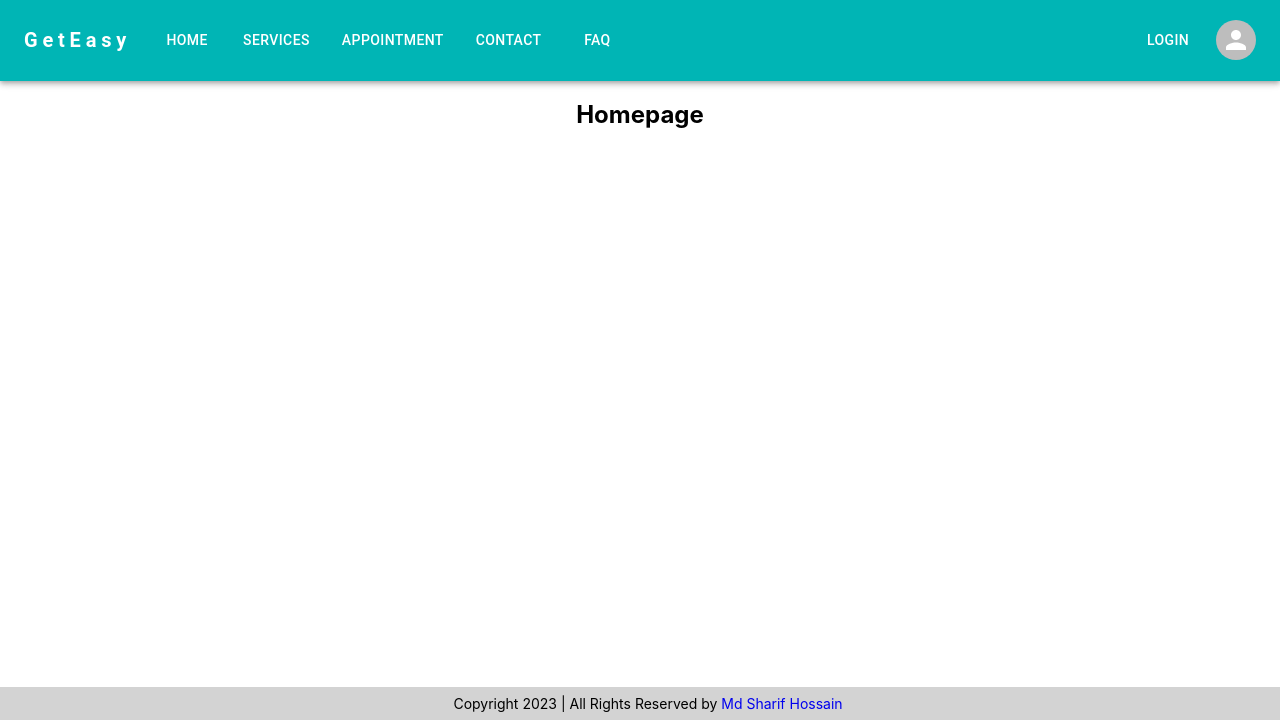
Repository: Sharif-00112/tibiyun-test-frontend
Page: /
An editor plug-in stored every save of this project. The page is shown before and after the next save, followed by the edit.
The browser window is 1280 px wide. The pictures show the whole page.
The project was rebuilt for these pictures with package versions that can differ from the ones it lists, and the page was loaded fresh each time. Also part of the build but not shown: src/Pages/NotFound/NotFound.js, src/Pages/Login/Login/Login.js, src/Pages/Login/Register/Register.js, src/Pages/Dashboard/Dashboard/Dashboard.js, src/Pages/Login/PrivateRoute/PrivateRoute.js. Imported but missing from the stored project, and not drawn on this page: src/hooks/useTitle.

Above is the page before, as saved 2023-08-22 10:36:12.

### src/App.js
// import logo from './logo.svg';
import './App.css';
import { BrowserRouter as Router, Route, Routes} from 'react-router-dom';
import Home from './Pages/Home/Home/Home';
import NotFound from './Pages/NotFound/NotFound';
import Login from './Pages/Login/Login/Login';
import Register from './Pages/Login/Register/Register';
import AuthProvider from './contexts/AuthProvider/AuthProvider';
import Dashboard from './Pages/Dashboard/Dashboard/Dashboard';
import PrivateRoute from './Pages/Login/PrivateRoute/PrivateRoute';
import Navbar from './Pages/Shared/Header/Navbar/Navbar';
import Footer from './Pages/Shared/Footer/Footer';


function App() {
  return (
    <div className="App">
      <AuthProvider>
        <Router>
          <Navbar></Navbar>
          <Routes>
            <Route exact path = '/' element={<Home/>}/>
            <Route exact path = '/home' element={<Home/>}/>
            <Route exact path='/login' element={<Login/>} />
            <Route exact path='/register' element={<Register/>} />

            <Route exact path='/dashboard' element={
              <PrivateRoute>
                <Dashboard></Dashboard>
              </PrivateRoute>
            } />

            <Route path = '*' element={<NotFound/>}/>
          </Routes>
          <Footer></Footer>
        </Router>
      </AuthProvider>
    </div>
  );
}

export default App;

### src/Pages/Home/Home/Home.js
import React from 'react';

const Home = () => {
    return (
        <div>
            <h2>Homepage</h2>
        </div>
    );
};

export default Home;

### src/contexts/AuthProvider/AuthProvider.js
import React from 'react';
import { createContext } from 'react';
import useFirebase from '../../hooks/useFirebase';

//step-1-context
export const AuthContext = createContext();

const AuthProvider = (props) => {
    //step-3-context
    const {children} = props;

    //step-5-context
    const allContexts = useFirebase();

    return (
        //step-2-context
        <AuthContext.Provider value={allContexts}>
            {children}
        </AuthContext.Provider>
    );
};

export default AuthProvider;

### src/Pages/Shared/Header/Navbar/Navbar.js
import * as React from 'react';
import AppBar from '@mui/material/AppBar';
import Box from '@mui/material/Box';
import Toolbar from '@mui/material/Toolbar';
import IconButton from '@mui/material/IconButton';
import Typography from '@mui/material/Typography';
import Menu from '@mui/material/Menu';
import MenuIcon from '@mui/icons-material/Menu';
import Container from '@mui/material/Container';
import Avatar from '@mui/material/Avatar';
import Button from '@mui/material/Button';
import Tooltip from '@mui/material/Tooltip';
import MenuItem from '@mui/material/MenuItem';
// import AdbIcon from '@mui/icons-material/Adb';
import { Link } from 'react-router-dom';
// import useAuth from '../../../hooks/useAuth';
import { NavLink } from 'react-router-dom';
import { HashLink } from 'react-router-hash-link';
import useAuth from '../../../../hooks/useAuth';

const pages = [
  <HashLink
      style={{ textDecoration:'none', color: 'inherit' }}
      to = '/#home'>
      <Button sx={{mx:0}} color="inherit">Home</Button>
  </HashLink>,
  <HashLink
      style={{ textDecoration:'none', color: 'inherit' }}
      to = '/home#services'>
      <Button sx={{mx:0}} color="inherit">Services</Button>
  </HashLink>,
  <HashLink
      style={{ textDecoration:'none', color: 'inherit' }}
      to = '/home#appointment'>
      <Button sx={{mx:0}} color="inherit">Appointment</Button>
  </HashLink>,
  <HashLink
      style={{ textDecoration:'none', color: 'inherit' }}
      to = '/home#contact'>
      <Button sx={{mx:0}} color="inherit">Contact</Button>
  </HashLink>,
  <HashLink
    style={{ textDecoration:'none', color: 'inherit' }}
    to = '/home#FAQ'>
    <Button sx={{mx:0}} color="inherit">FAQ</Button>
  </HashLink>,
  // <Link
  //     style={{ textDecoration:'none', color: 'inherit' }}
  //     to = '/about'>
  //     <Button sx={{mx:0}} color="inherit">About</Button>
  // </Link>
  ];

const settings = [
  <Link
      style={{ textDecoration:'none', color: 'inherit' }}
      to = '/profile'>
      <Button sx={{mx:0}} color="inherit">Profile</Button>
  </Link>,
  <Link
      style={{ textDecoration:'none', color: 'inherit' }}
      to = '/dashboard'>
      <Button sx={{mx:0}} color="inherit">Dashboard</Button>
  </Link>,
  <Link
      style={{ textDecoration:'none', color: 'inherit' }}
      to = '/settings'>
      <Button sx={{mx:0}} color="inherit">Settings</Button>
  </Link>
 ];


const Navbar = () => {
    const { user, logout } = useAuth();

    const [anchorElNav, setAnchorElNav] = React.useState(null);
    const [anchorElUser, setAnchorElUser] = React.useState(null);

    const handleOpenNavMenu = (event) => {
      setAnchorElNav(event.currentTarget);
    };
    const handleOpenUserMenu = (event) => {
      setAnchorElUser(event.currentTarget);
    };

    const handleCloseNavMenu = () => {
      setAnchorElNav(null);
    };

    const handleCloseUserMenu = () => {
      setAnchorElUser(null);
    };

    return (
      <AppBar position="static" sx={{ backgroundColor: '#00B5B5' }}>
        <Container maxWidth="xl">
          <Toolbar disableGutters>
            {/* <AdbIcon sx={{ display: { xs: 'none', md: 'flex' }, mr: 1 }} /> */}
            <Typography
              variant="h6"
              noWrap
              component="a"
              href="/"
              sx={{
                mr: 2,
                display: { xs: 'none', md: 'flex' },
                // fontFamily: 'monospace',
                fontWeight: 700,
                letterSpacing: '.3rem',
                color: 'inherit',
                textDecoration: 'none',
              }}
            >
              GetEasy
            </Typography>

            <Box sx={{ flexGrow: 1, display: { xs: 'flex', md: 'none' } }}>
              <IconButton
                size="large"
                aria-label="account of current user"
                aria-controls="menu-appbar"
                aria-haspopup="true"
                onClick={handleOpenNavMenu}
                color="inherit"
              >
                <MenuIcon />
              </IconButton>
              <Menu
                id="menu-appbar"
                anchorEl={anchorElNav}
                anchorOrigin={{
                  vertical: 'bottom',
                  horizontal: 'left',
                }}
                keepMounted
                transformOrigin={{
                  vertical: 'top',
                  horizontal: 'left',
                }}
                open={Boolean(anchorElNav)}
                onClose={handleCloseNavMenu}
                sx={{
                  display: { xs: 'block', md: 'none' },
                }}
              >
                {pages.map((page) => (
                  <MenuItem key={page} onClick={handleCloseNavMenu}>
                    <Typography textAlign="center">{page}</Typography>
                  </MenuItem>
                ))}
              </Menu>
            </Box>
            {/* <AdbIcon sx={{ display: { xs: 'flex', md: 'none' }, mr: 1 }} /> */}
            <Typography
              variant="h5"
              noWrap
              component="a"
              href=""
              sx={{
                mr: 2,
                display: { xs: 'flex', md: 'none' },
                flexGrow: 1,
                // fontFamily: 'monospace',
                fontWeight: 700,
                letterSpacing: '.3rem',
                color: 'inherit',
                textDecoration: 'none',
              }}
            >
              GetEasy
            </Typography>
            <Box sx={{ flexGrow: 1, display: { xs: 'none', md: 'flex' } }}>
              {pages.map((page) => (
                <Button
                  key={page}
                  onClick={handleCloseNavMenu}
                  sx={{ my: 2, color: 'white', display: 'block' }}
                >
                  {page}
                </Button>
              ))}
            </Box>

            {/* login-logout toggle */}
            {
              user?.email ?
              <NavLink
                  style={{ textDecoration:'none', color:'white' }}
                  to = '/login'>
                  <Button sx={{ mx: 0 }} onClick={logout} color="inherit">Logout</Button>
                  <NavLink
                    style={{ textDecoration:'none', color:'white' }}
                    to = '/dashboard'>
                    <Button sx={{ mx:1 }} color="inherit">Dashboard</Button>
                  </NavLink>
              </NavLink>
              :
              <NavLink
                  style={{ textDecoration:'none', color:'white' }}
                  to = '/login'>
                  <Button sx={{ mx:2 }} color="inherit">Login</Button>
              </NavLink>
            }

            <Box sx={{ flexGrow: 0 }}>
              <Tooltip title="Open settings">
                <IconButton onClick={handleOpenUserMenu} sx={{ p: 0 }}>
                  <Avatar alt={user.email} src={user.photoURL} />
                </IconButton>
              </Tooltip>
              <Menu
                sx={{ mt: '45px' }}
                id="menu-appbar"
                anchorEl={anchorElUser}
                anchorOrigin={{
                  vertical: 'top',
                  horizontal: 'right',
                }}
                keepMounted
                transformOrigin={{
                  vertical: 'top',
                  horizontal: 'right',
                }}
                open={Boolean(anchorElUser)}
                onClose={handleCloseUserMenu}
              >
                {settings.map((setting) => (
                  <MenuItem key={setting} onClick={handleCloseUserMenu}>
                    <Typography textAlign="center">{setting}</Typography>
                  </MenuItem>
                ))}
              </Menu>
            </Box>
          </Toolbar>
        </Container>
      </AppBar>
    );
};

export default Navbar;

### src/Pages/Shared/Footer/Footer.js
import { Box, Typography } from '@mui/material';
import React from 'react';

const Footer = () => {
    return (
        <Box
            sx={{
                backgroundColor: 'lightgray',
                position: 'fixed',
                bottom: 0,
                left: 0,
                width: '100%',
                padding: '8px',
                marginTop: '15px'
            }}
        >
            <Typography sx={{ my: 0, mt: 0, fontSize: 14, fontWeight: 400 }} variant="" component="div">
                Copyright 2023 | All Rights Reserved by <a style={{textDecoration: 'none'}} href="http://www.sharif-hossain.com">Md Sharif Hossain</a>
            </Typography>
        </Box>
    );
};

export default Footer;

### src/hooks/useAuth.js
//step-6-context

import { useContext } from "react"
import { AuthContext } from "../../src/contexts/AuthProvider/AuthProvider"

const useAuth = () =>{
    return useContext(AuthContext);
}

export default useAuth;

### src/hooks/useFirebase.js
import { useState } from "react";
import initializeAuthentication from "../Pages/Login/Firebase/firebase.initialize";
import { getAuth, signInWithPopup, GoogleAuthProvider, onAuthStateChanged, signOut, FacebookAuthProvider, createUserWithEmailAndPassword, signInWithEmailAndPassword, sendPasswordResetEmail, updatePassword, sendEmailVerification, updateProfile, getIdToken } from "firebase/auth";
import { useEffect } from "react";

initializeAuthentication();

const useFirebase = () =>{
    const [user, setUser] = useState({});
    const [error, setError] = useState('');
    const [name, setName] = useState('');
    const [email, setEmail] = useState('');
    const [password, setPassword] = useState('');
    const [isLoading, setIsLoading] = useState(true);
    // const [admin, setAdmin] = useState(false);
    // const [superAdmin, setSuperAdmin] = useState(false);
    const [token, setToken] = useState('');

    const googleProvider = new GoogleAuthProvider();
    // const gitProvider = new GithubAuthProvider();
    const facebookProvider = new FacebookAuthProvider();
    const auth = getAuth();

    const signInUsingGoogle = (location, navigate) =>{
      setIsLoading(true);
      signInWithPopup(auth, googleProvider)
      .then((result) => {
          // This gives you a Google Access Token. You can use it to access the Google API.
          // const credential = GoogleAuthProvider.credentialFromResult(result);
          // const token = credential.accessToken;
          // The signed-in user info.
          setUser(result.user);
          // save user to the database
        //   saveUserToDB(result.user.email, result.user.displayName, 'PUT');
          const destination = location?.state?.from || '/profile';
          navigate(destination);
      }).catch((error) => {
          // Handle Errors here.
          setError(error.code);
          setError(error.message);
          // The email of the user's account used.
          setError(error.customData.email);
          // The AuthCredential type that was used.
          setError(GoogleAuthProvider.credentialFromError(error));
      }).finally(() =>{
        setIsLoading(false);
      });
    };

    const signInUsingFacebook = () =>{
      setIsLoading(true);
      signInWithPopup(auth, facebookProvider)
      .then((result) => {
        // The signed-in user info.
        setUser(result.user);
        // save user to the database
        // saveUserToDB(result.user.email, result.user.displayName, 'PUT');

        // This gives you a Facebook Access Token. You can use it to access the Facebook API.
        // const credential = FacebookAuthProvider.credentialFromResult(result);
        // const accessToken = credential.accessToken;
      })
      .catch((error) => {
        // Handle Errors here.
        setError(error.code);
        setError(error.message);
        // The email of the user's account used.
        setError(error.customData.email);
        // The AuthCredential type that was used.
        setError(FacebookAuthProvider.credentialFromError(error));
      }).finally(() =>{
        setIsLoading(false);
      });
    };

    const customLogin = (email, password, location, navigate) =>{
      setIsLoading(true);
      signInWithEmailAndPassword(auth, email, password)
      .then((userCredential) => {
        // Signed in
        const destination = location?.state?.from || '/';
        navigate(destination);
        setUser(userCredential.user);
        setError('');
      })
      .catch((error) => {
        setError(error.code);
        setError(error.message);
      })
      .finally(() => setIsLoading(false));
    };

    const customRegister = (email, password, navigate, name) =>{
      setIsLoading(true);
      createUserWithEmailAndPassword(auth, email, password)
      .then((userCredential) => {
        // Signed in
        // updating name in firebase
        updateProfile(auth.currentUser, {
          displayName: name
        }).then(() => {
          // Profile updated!
        }).catch((error) => {
          setError(error.code);
          setError(error.message);
        });
        // const user = userCredential.user;
        // console.log(user);
        setUser(userCredential.user);
        // save user to the database
        // saveUserToDB(userCredential.user.email, userCredential.user.displayName, 'POST')
        // clear error message
        setError('');
        alert("Registration successful. Please login now");
        logout();
        navigate('/login')
      })
      .catch((error) => {
        setError(error.code);
        setError(error.message);
      })
      .finally(() => setIsLoading(false));
    };

    const handleLoginSubmitBtn = e =>{
      e.preventDefault();
      // console.log(email, password);
      customLogin(email, password);
    }

    const handleRegisterSubmitBtn = e =>{
      e.preventDefault();
      // console.log(email, password);

      if(!/.{8,}/.test(password)){
        setError('Ensure password is of minimum length 8');
        return;
      }
      // if(!/(?=.*[A-Z])/.test(password)){
      //   setError('Ensure password has minimum one uppercase letters');
      //   return;
      // }
      // if(!/(?=.*[!@#$%^&*()\-__+.])/.test(password)){
      //   setError('Ensure password has minimum one special case letter');
      //   return;
      // }
      // if(!/(?=.*[0-9])/.test(password)){
      //   setError('Ensure password has minimum one digits');
      //   return;
      // }
      // if(!/(?=.*[a-z])/.test(password)){
      //   setError('Ensure password has minimum one lowercase letters');
      //   return;
      // }
      customRegister(email, password);
    }

    const handleNameChange = e =>{
      setName(e.target.value);
    }

    const handleEmailChange = e =>{
      setEmail(e.target.value);
    }

    const handlePasswordChange = e =>{
      setPassword(e.target.value);
    }

    const handleForgotPassword = () =>{
      sendPasswordResetEmail(auth, email)
      .then(() => {
        // Password reset email sent!
      })
      .catch((error) => {
        setError(error.code);
        setError(error.message);
      });
    }

    const handleChangePassword = () =>{
      const user = auth.currentUser;
      const newPassword = password;
      updatePassword(user, newPassword).then(() => {
        // Update successful.
      }).catch((error) => {
        setError(error.code);
        setError(error.message);
      });
    }

    const setUserName = () =>{
      updateProfile(auth.currentUser, {
        displayName: name
      }).then(() => {
        // Profile updated!
      }).catch((error) => {
        setError(error.code);
        setError(error.message);
      });
    }

    const verifyEmail = () =>{
      sendEmailVerification(auth.currentUser)
      .then(() => {
        // Email verification sent!
      }).catch((error) => {
        setError(error.code);
        setError(error.message);
      });
    }

    //observe user login change
    useEffect(()=>{
        const unsubscribe = onAuthStateChanged(auth, (user) => {
            if (user) {
              // User is signed in
              setUser(user);

              //JWT (different style from Firebase documentation)
              getIdToken(user)
              // .then(idToken => console.log(idToken))
              // .then(idToken => localStorage.setItem('idToken', idToken))
              .then(idToken => setToken(idToken))

            } else {
              // User is signed out
              setUser({});
            }
            setIsLoading(false);
          });
          return () => unsubscribe;
    },[auth]);

    // check Admin
    // useEffect( () =>{
    //   fetch(`http://localhost:3010/users/${user.email}`)
    //   .then(res => res.json())
    //   .then(data => setAdmin(data.admin))
    // } ,[user.email])

    // check Super Admin
    // useEffect( () =>{
    //   fetch(`http://localhost:3010/users/superAdmin/${user.email}`)
    //   .then(res => res.json())
    //   .then(data => setSuperAdmin(data.superAdmin))
    // } ,[user.email])

    const logout = () =>{
      setIsLoading(true);
      signOut(auth)
      .then(() => {
          // Sign-out successful.
          setUser({});
        }).catch((error) => {
          setError(error);
        }).finally(()=>{
          setIsLoading(false);
        });
    }

    // save user to DataBase
    // const saveUserToDB = (email, displayName, method) =>{
    //   const user = {email, displayName};
    //   fetch('http://localhost:3010/users', {
    //       method: method,
    //       headers: {
    //           'content-type' : 'application/json'
    //       },
    //       body: JSON.stringify(user)
    //   })
    //   .then()
    // }

    return {
      signInUsingGoogle,
      signInUsingFacebook,
      customLogin,
      customRegister,
      handleLoginSubmitBtn,
      handleRegisterSubmitBtn,
      handleNameChange,
      handleEmailChange,
      handlePasswordChange,
      handleForgotPassword,
      handleChangePassword,
      verifyEmail,
      setUserName,
      logout,
      user,
    //   admin,
    //   superAdmin,
      error,
      isLoading,
      token
    };
}

export default useFirebase;

### src/Pages/Login/Firebase/firebase.initialize.js
// console.log(process.env);
import { initializeApp } from "firebase/app";
import firebaseConfig from "./firebase.config";

const initializeAuthentication = () =>{
    initializeApp(firebaseConfig);
}

export default initializeAuthentication;

### src/Pages/Login/Firebase/firebase.config.js
// console.log(process.env);

const firebaseConfig = {
    apiKey: process.env.REACT_APP_FIREBASE_API_KEY,
    authDomain: process.env.REACT_APP_FIREBASE_AUTH_DOMAIN,
    projectId: process.env.REACT_APP_FIREBASE_PROJECT_ID,
    storageBucket: process.env.REACT_APP_FIREBASE_STORAGE_BUCKET,
    messagingSenderId: process.env.REACT_APP_FIREBASE_MESSAGING_SENDER_ID,
    appId: process.env.REACT_APP_FIREBASE_APP_ID,
    measurementId: process.env.REACT_APP_FIREBASE_MEASUREMENT_ID
  };

  export default firebaseConfig;

Loaded but not shown: src/index.js (common file); src/index.css (common file); src/reportWebVitals.js (common file); src/App.css (common file)

After the next save:
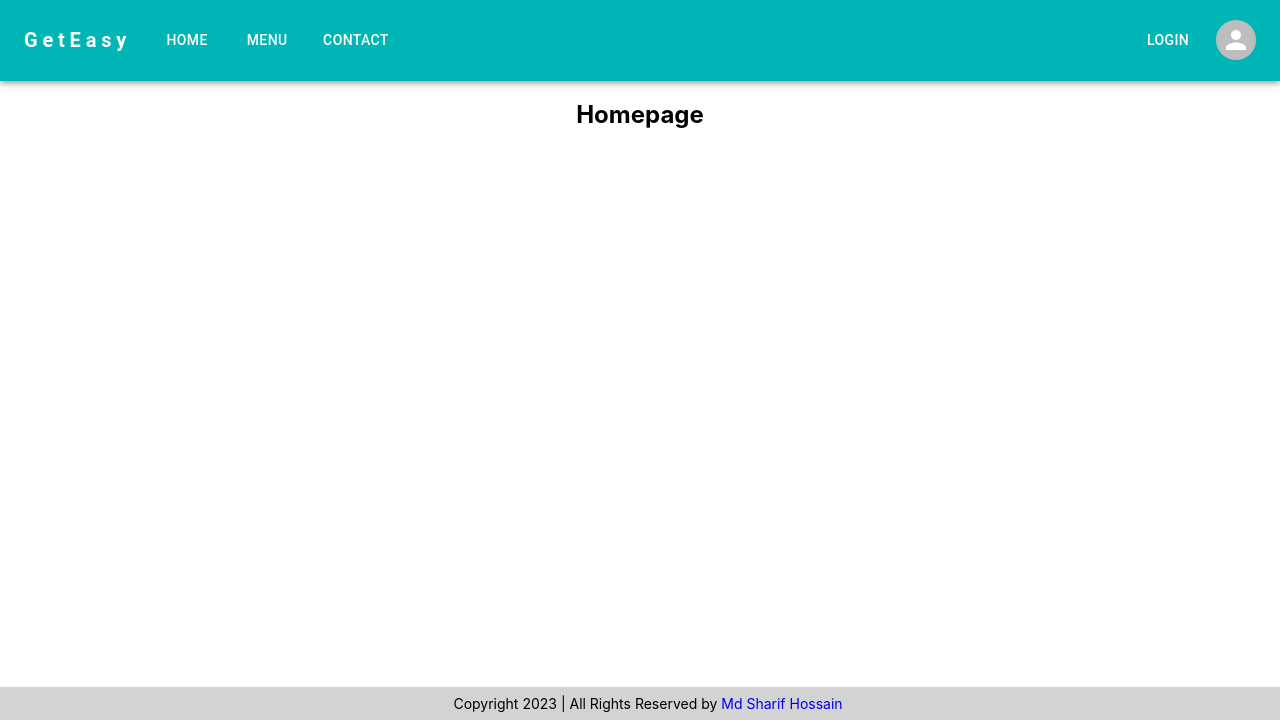
Saved 63 s later.
--- a/src/Pages/Shared/Header/Navbar/Navbar.js
+++ b/src/Pages/Shared/Header/Navbar/Navbar.js
@@ -26,24 +26,24 @@ const pages = [
   </HashLink>,
   <HashLink
       style={{ textDecoration:'none', color: 'inherit' }}
-      to = '/home#services'>
-      <Button sx={{mx:0}} color="inherit">Services</Button>
+      to = '/home#menu'>
+      <Button sx={{mx:0}} color="inherit">Menu</Button>
   </HashLink>,
-  <HashLink
-      style={{ textDecoration:'none', color: 'inherit' }}
-      to = '/home#appointment'>
-      <Button sx={{mx:0}} color="inherit">Appointment</Button>
-  </HashLink>,
+  // <HashLink
+  //     style={{ textDecoration:'none', color: 'inherit' }}
+  //     to = '/home#appointment'>
+  //     <Button sx={{mx:0}} color="inherit">Appointment</Button>
+  // </HashLink>,
   <HashLink
       style={{ textDecoration:'none', color: 'inherit' }}
       to = '/home#contact'>
       <Button sx={{mx:0}} color="inherit">Contact</Button>
   </HashLink>,
-  <HashLink
-    style={{ textDecoration:'none', color: 'inherit' }}
-    to = '/home#FAQ'>
-    <Button sx={{mx:0}} color="inherit">FAQ</Button>
-  </HashLink>,
+  // <HashLink
+  //   style={{ textDecoration:'none', color: 'inherit' }}
+  //   to = '/home#FAQ'>
+  //   <Button sx={{mx:0}} color="inherit">FAQ</Button>
+  // </HashLink>,
   // <Link
   //     style={{ textDecoration:'none', color: 'inherit' }}
   //     to = '/about'>
